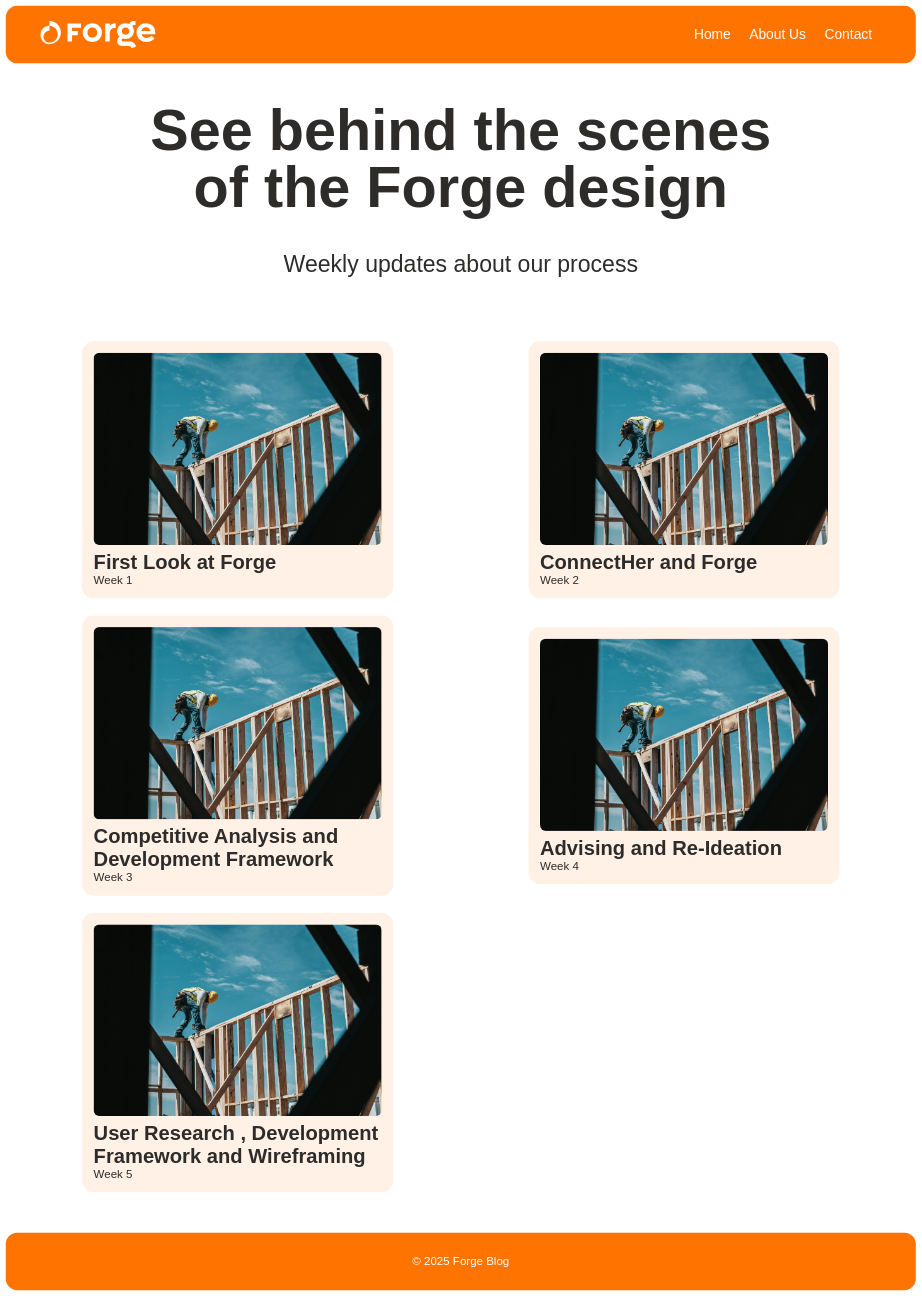
Repository: Forge-IDSP/Blog
Page: /
These files come from the project's save history. The page is drawn as it stood at one moment and after the next save; the edit follows.
The browser window is 1280 px wide. The pictures show the whole page, at 72% of full size.
The project was rebuilt for these pictures with package versions that can differ from the ones it lists, and the page was loaded fresh each time. Also part of the build but not shown: vite.config.js, src/index.css, src/pages/blogpost.module.css, src/pages/week1.jsx, src/pages/week2.jsx, src/pages/week3.jsx, src/pages/week4.jsx, src/pages/week5.jsx and 4 more.

Above is the page before, as saved 2025-10-27 13:06:38.

### index.html
<!DOCTYPE html>
<html lang="en">
    <head>
        <meta charset="UTF-8" />
        <link
            rel="icon"
            type="image/svg+xml"
            href="/vite.svg" />
        <meta
            name="viewport"
            content="width=device-width, initial-scale=1.0" />
        <title>Forge Blog</title>
    </head>
    <body>
        <div id="root"></div>
        <script
            type="module"
            src="/src/main.jsx"></script>
    </body>
</html>

### src/App.jsx
import { BrowserRouter as Router, Routes, Route } from "react-router-dom";
import Home from "./pages/home.jsx";
import Week1 from "./pages/week1.jsx";
import Week2 from "./pages/week2.jsx";
import Week3 from "./pages/week3.jsx";
import Week4 from "./pages/week4.jsx";
import Week5 from "./pages/week5.jsx";
import AboutUs from "./pages/aboutUs.jsx";
import ContactUs from "./pages/contactUs.jsx";

export default function App() {
    return (
        <Router>
            <Routes>
                <Route
                    path='/'
                    element={<Home />}
                />
                <Route
                    path='/week1'
                    element={<Week1 />}
                />
                <Route
                    path='/week2'
                    element={<Week2 />}
                />
                <Route
                    path='/week3'
                    element={<Week3 />}
                />
                <Route
                    path='/week4'
                    element={<Week4 />}
                />
                <Route
                    path='/week5'
                    element={<Week5 />}
                />
                <Route
                    path='/aboutUs'
                    element={<AboutUs />}
                />
                <Route
                    path='/contactUs'
                    element={<ContactUs />}
                />
            </Routes>
        </Router>
    );
}

### src/pages/home.jsx
import Header from "../ui/header/header.jsx";
import Card from "../ui/card/card.jsx";
import Footer from "../ui/footer/footer.jsx";
import cardcontent from "../data/cardcontent.json";

export default function Home() {
    return (
        <div className='page'>
            <Header />
            <h1 className='title'>
                See behind the scenes
                <br /> of the Forge design
            </h1>
            <p className='subtitle'>Weekly updates about our process</p>

            <div className='post_container'>
                {cardcontent.map((item) => (
                    <Card
                        key={item.id}
                        title={item.title}
                        image={item.image}
                        text={item.text}
                        link={item.link}
                    />
                ))}
            </div>

            <Footer />
        </div>
    );
}

### src/ui/header/header.jsx
import style from "./header.module.css";
import { Link } from "react-router-dom";

function Header() {
    return (
        <div className={style.header}>
            <img
                src='/forge-logo.svg'
                alt='Forge Logo'
                className={style.logo}></img>
            <nav className={style.menu}>
                <a
                    className={style.menu_item}
                    href='/'>
                    Home
                </a>
                <Link
                    className={style.menu_item}
                    to='/AboutUs'>
                    About Us
                </Link>

                <Link
                    to='/ContactUs'
                    className={style.menu_item}>
                    Contact
                </Link>
            </nav>
        </div>
    );
}

export default Header;

### src/ui/card/card.jsx
import { Link } from "react-router-dom";
import styles from "./card.module.css";

export default function Card({ title, image, text, link }) {
    return (
        <Link
            to={link}
            className={styles.card}>
            <img
                className={styles.card_image}
                src={image}
                alt={title}
            />
            <h2 className={styles.card_title}>{title}</h2>
            <p className={styles.card_week}>{text}</p>
        </Link>
    );
}

### src/ui/footer/footer.jsx
import styles from "./footer.module.css";

function Footer() {
    const currentYear = new Date().getFullYear();

    return (
        <footer className={styles.footer}>
            <p className={styles.footer__text}>© {currentYear} Forge Blog</p>
        </footer>
    );
}

export default Footer;

### src/data/cardcontent.json
[
    {
        "id": "week1",
        "title": "First Look at Forge",
        "image": "/blog-image1.jpg",
        "text": "Week 1",
        "link": "/week1"
    },
    {
        "id": "week2",
        "title": "ConnectHer and Forge",
        "image": "/blog-image1.jpg",
        "text": "Week 2",
        "link": "/week2"
    },
    {
        "id": "week3",
        "title": "Competitive Analysis and Development Framework",
        "image": "/blog-image1.jpg",
        "text": "Week 3",
        "link": "/week3"
    },
    {
        "id": "week4",
        "title": "Advising and Re-Ideation ",
        "image": "/blog-image1.jpg",
        "text": "Week 4",
        "link": "/week4"
    },
    {
        "id": "week5",
        "title": "User Research , Development Framework and Wireframing ",
        "image": "/blog-image1.jpg",
        "text": "Week 5",
        "link": "/week5"
    }
]

### src/App.css
#root {
    /* ----- COLORS ----- */
    --primary-50: #fff1e6;
    --primary-100: #ffd4b0;
    --primary-200: #ffbf8a;
    --primary-300: #ffa155;
    --primary-400: #ff8f34;
    --primary-500: #ff7301;
    --primary-600: #e86901;
    --primary-700: #b55201;
    --primary-800: #8c3f01;
    --primary-900: #6b3000;

    --secondary-50: #eefae6;
    --secondary-100: #cbefb1;
    --secondary-200: #b2e88b;
    --secondary-300: #8fdd55;
    --secondary-400: #79d635;
    --secondary-500: #58cc02;
    --secondary-600: #50ba02;
    --secondary-700: #3e9101;
    --secondary-800: #86967a;
    --secondary-900: #255601;

    /* -- neutral colors -- */

    --offwhite-500: #f9f9f9;
    --white: #ffffff;
    --black-50: #eaeaea;
    --black-100: #bebebd;
    --black-200: #9e9e9d;
    --black-300: #727271;
    --black-400: #575655;
    --black-500: #2d2c2b;

    /* ----- FONT -----  */
    --font-family: "Nunito Sans", sans-serif;
}

.root {
    background-color: var(--white);
}
.page {
    margin: 0 auto;
    padding: 1rem;
    text-align: center;
    height: 100%;
    margin: 0;
    padding: 0;
    background-color: var(--white);
    display: flex;
    flex-direction: column;
    font-family: var(--font-family);
}

.title {
    font-size: 5rem;
    color: var(--black-500);
    line-height: 5rem;
    margin-bottom: 1rem;
}

.subtitle {
    font-size: 2rem;
    color: var(--black-500);
}

.post_container {
    display: grid;
    grid-template-columns: repeat(3, 1fr);
    gap: 2rem;
    background-color: var(--white);
    padding: 3rem;
    border-radius: 16px;
    align-items: center;
    justify-content: center;
    justify-items: center;
    margin-bottom: 2rem;
    margin-top: 2rem;
}

/* Tablet: 2 columns */
@media (max-width: 1300px) {
    .post_container {
        grid-template-columns: repeat(2, 1fr);
        padding: 1.5rem;
        gap: 1.5rem;
    }
}

/* Mobile: 1 column */
@media (max-width: 600px) {
    .post_container {
        grid-template-columns: 1fr;
        padding: 1rem;
        gap: 1rem;
    }
}

### src/ui/header/header.module.css
.header {
    background-color: var(--primary-500);
    display: flex;
    justify-content: space-between;
    align-items: center;
    padding: 1rem 3rem;
    border-radius: 16px;
}

.logo {
    width: 10rem;
}

.menu {
    display: flex;
    gap: rem;
}

.menu_item {
    font-size: 1.2rem;
    text-decoration: none;
    color: var(--white);
    font-family: var(--font-family);
    padding: 0.8rem;
}

.menu_item:hover {
    font-weight: bold;
    padding: 0.8rem;
    border-radius: 8px;
}

### src/ui/card/card.module.css
.card {
    background-color: var(--primary-50);
    padding: 1rem;
    border-radius: 16px;
    display: flex;
    flex-direction: column;
    align-items: start;
    width: 400px;
    text-decoration: none;
}

.card:hover {
    transform: scale(1.03);
    background-color: var(--color-primary-dark);
}

.card_image {
    width: 400px;
    height: auto;
    border-radius: 8px;
    margin-bottom: 8px;
}

.card_title {
    font-size: 28px;
    text-align: start;
    margin: 0;
    color: var(--black-500);
}

a:visited .card_title {
    color: var(--black-500);
}

.card_week {
    font-size: 16px;
    margin: 0;
    color: var(--black-500);
}

### src/ui/footer/footer.module.css
.footer {
    width: 100%;
    height: 5em;
    display: flex;
    justify-content: center;
    align-items: center;
    background-color: var(--primary-500);
    margin-top: auto;
    border-radius: 16px;
}

.footer__text {
    font-family: var(--font-family);
    color: var(--white);
    font-size: 16px;
    text-align: center;
    margin: 0;
}

Loaded but not shown: src/main.jsx (common file)

After the next save:
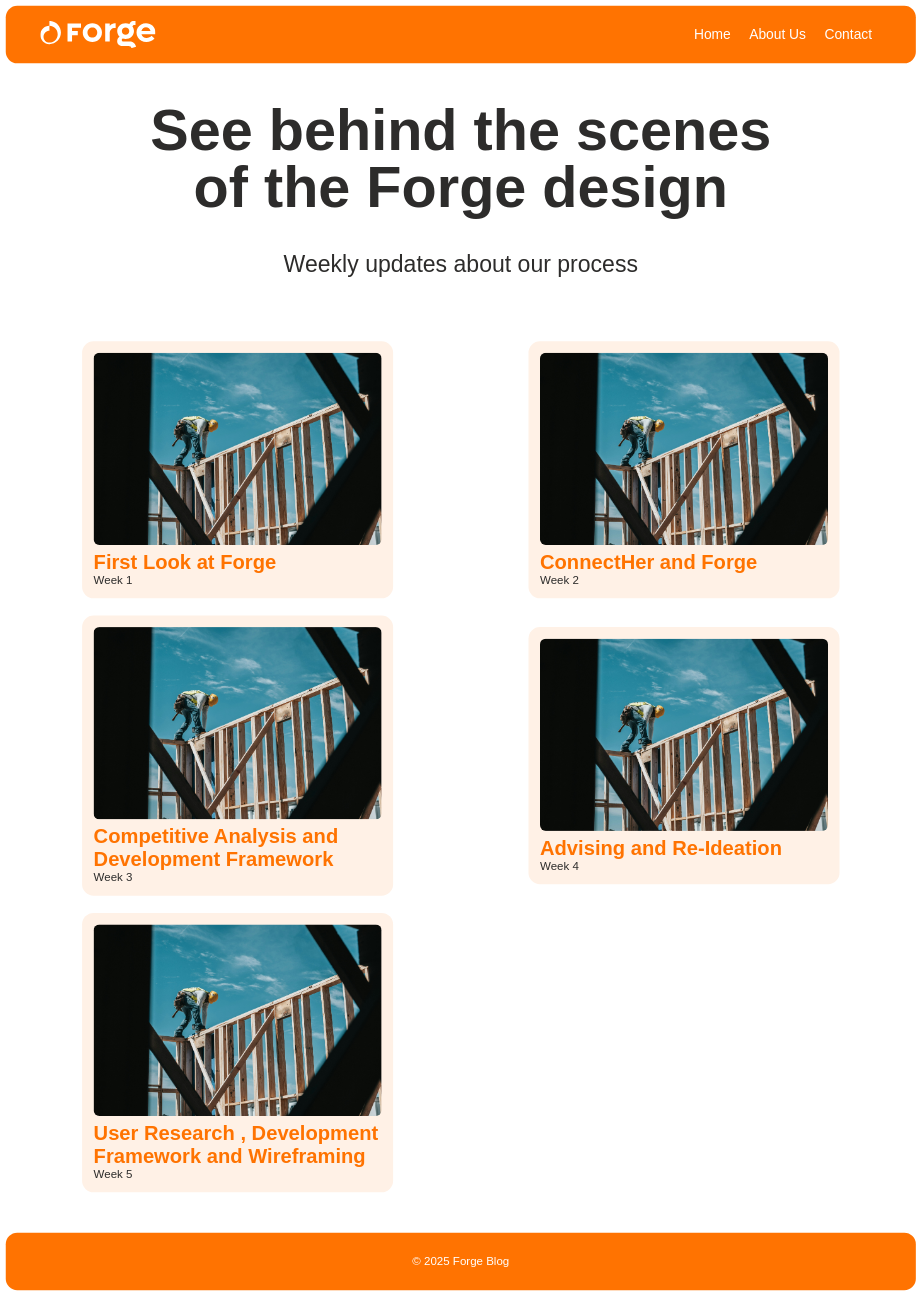
Saved 40 s later.
--- a/src/ui/card/card.module.css
+++ b/src/ui/card/card.module.css
@@ -11,7 +11,7 @@
 
 .card:hover {
     transform: scale(1.03);
-    background-color: var(--color-primary-dark);
+    background-color: var(--);
 }
 
 .card_image {
@@ -25,7 +25,7 @@
     font-size: 28px;
     text-align: start;
     margin: 0;
-    color: var(--black-500);
+    color: var(--primary-500);
 }
 
 a:visited .card_title {

After the 3 saves that followed:
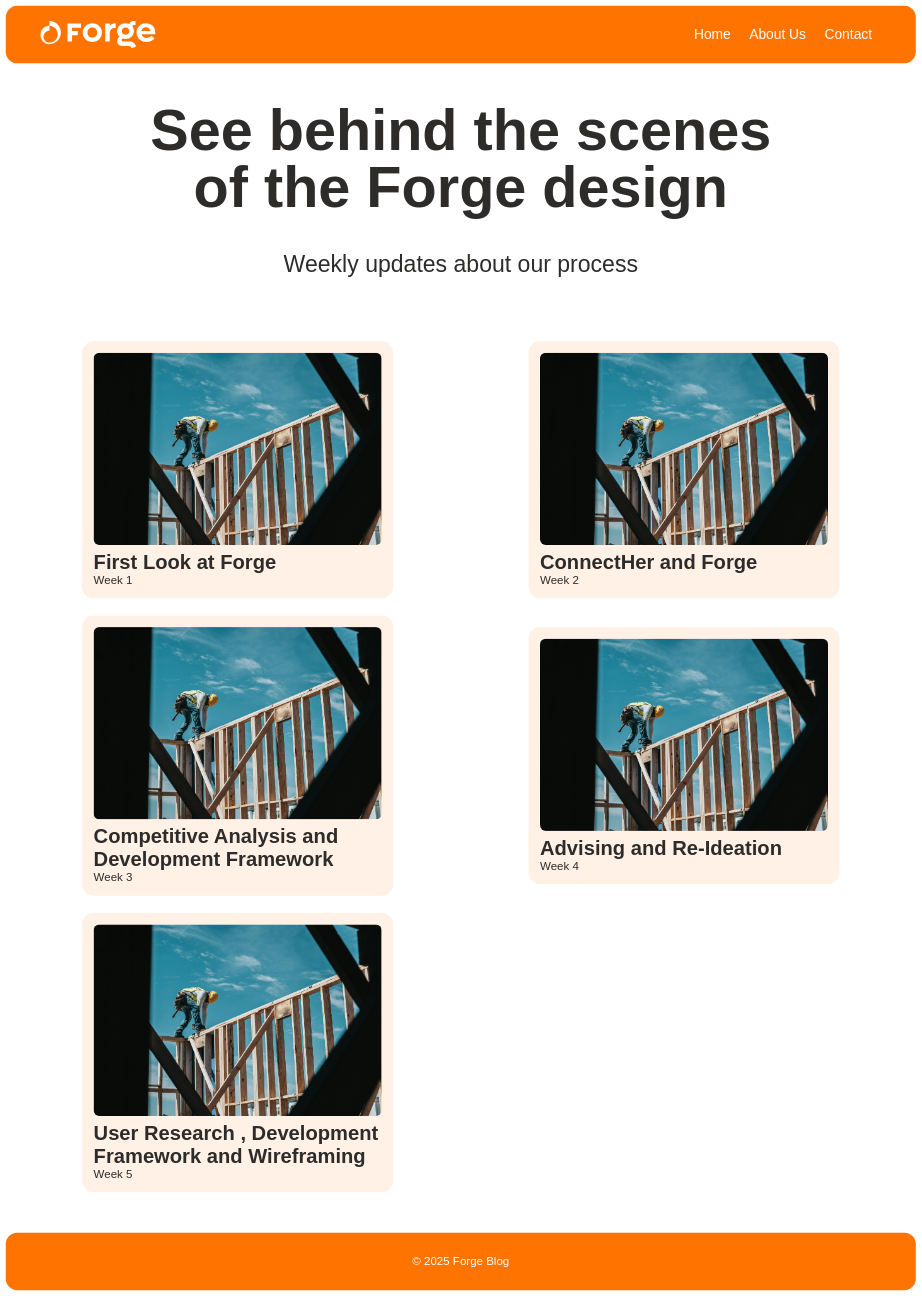
The 3 saves are shown as one change because 2 left the picture as it was.
The last was saved 82 s later.
--- a/src/ui/card/card.module.css
+++ b/src/ui/card/card.module.css
@@ -11,7 +11,7 @@
 
 .card:hover {
     transform: scale(1.03);
-    background-color: var(--);
+    background-color: var(--primary-500);
 }
 
 .card_image {
@@ -25,7 +25,7 @@
     font-size: 28px;
     text-align: start;
     margin: 0;
-    color: var(--primary-500);
+    color: var(--black-500);
 }
 
 a:visited .card_title {
